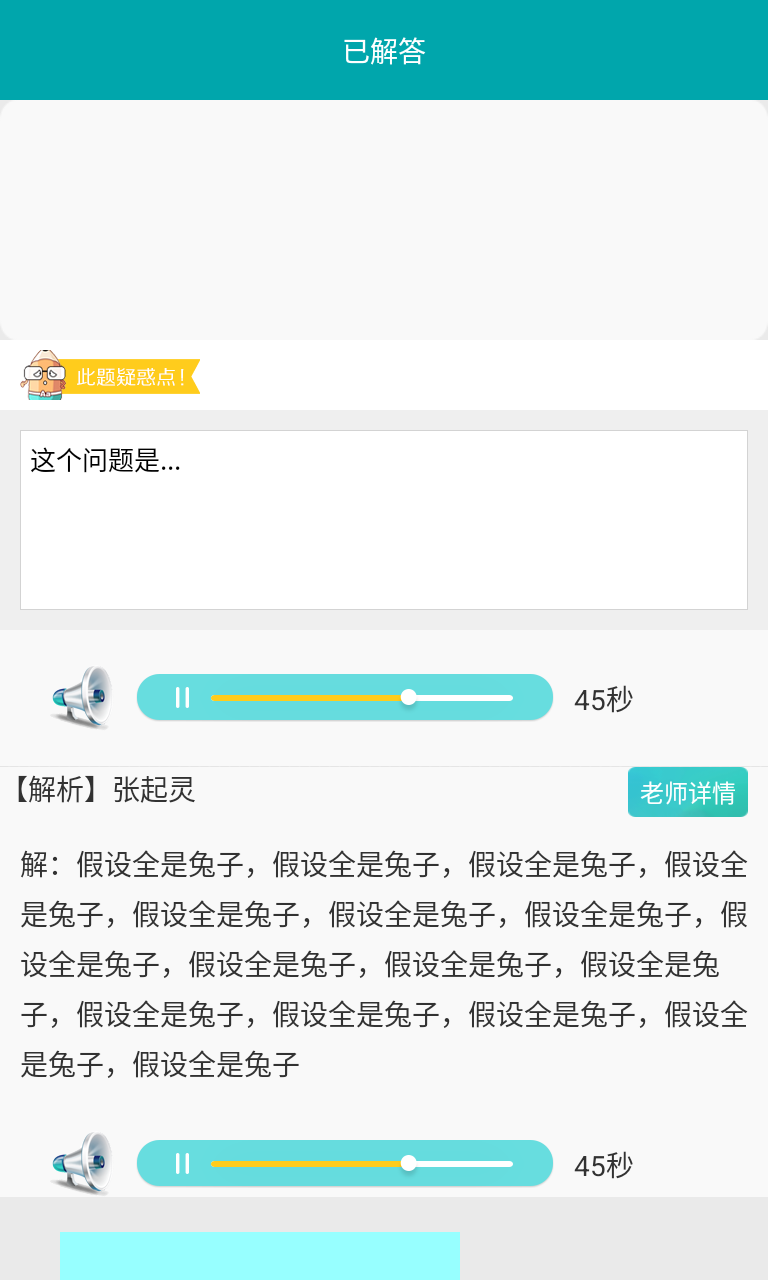
Repository: 2015-Forever/JWD
Layout: Jwd/res/layout/activity_answer.xml
These files come from the project's save history. The layout is drawn as it stood at one moment and after the next save; the edit follows.
It is drawn on a 768 x 1280 px phone screen (xhdpi) without system bars, with theme AppTheme; the app's code is not run. Lists and similar views that code fills are empty.

Above is the layout before, as saved 2015-07-16 06:43:50.

### Jwd/res/layout/activity_answer.xml
<?xml version="1.0" encoding="utf-8"?>
<ScrollView xmlns:android="http://schemas.android.com/apk/res/android"
    android:layout_width="match_parent"
    android:layout_height="match_parent"
    android:scrollbars="none" >

    <LinearLayout
        android:layout_width="match_parent"
        android:layout_height="wrap_content"
        android:background="#EAEAEA"
        android:orientation="vertical" >

        <LinearLayout
            android:layout_width="match_parent"
            android:layout_height="50dp"
            android:background="#00a6ac"
            android:gravity="center" >

            <TextView
                android:layout_width="wrap_content"
                android:layout_height="wrap_content"
                android:text="已解答"
                android:textColor="#ffffff" />
        </LinearLayout>

        <ImageView
            android:layout_width="match_parent"
            android:layout_height="120dp"
            android:background="@drawable/topic_picture" />

        <LinearLayout
            android:layout_width="match_parent"
            android:layout_height="35dp"
            android:background="#FFFFFF"
            android:gravity="center_vertical" >

            <ImageView
                android:layout_width="90dp"
                android:layout_height="25dp"
                android:layout_marginLeft="10dp"
                android:background="@drawable/navigation_icon_two" />
        </LinearLayout>

        <LinearLayout
            android:layout_width="match_parent"
            android:layout_height="110dp"
            android:background="#EFEFEF"
            android:gravity="center_vertical"
            android:padding="10dp" >

            <EditText
                android:layout_width="fill_parent"
                android:layout_height="match_parent"
                android:background="@drawable/edittext_bg"
                android:enabled="true"
                android:gravity="top"
                android:inputType="textMultiLine"
                android:lineSpacingExtra="5dp"
                android:paddingLeft="5dp"
                android:paddingTop="5dp"
                android:scrollbars="vertical"
                android:text="这个问题是..."
                android:textSize="13sp" >
            </EditText>
        </LinearLayout>

        <LinearLayout
            android:layout_width="match_parent"
            android:layout_height="68dp"
            android:background="#F9F9F9"
            android:gravity="center_vertical"
            android:orientation="horizontal" >

            <ImageView
                android:layout_width="wrap_content"
                android:layout_height="wrap_content"
                android:layout_marginLeft="25dp"
                android:layout_marginRight="10dp"
                android:background="@drawable/sound_icon" />

            <ImageView
                android:layout_width="wrap_content"
                android:layout_height="wrap_content"
                android:background="@drawable/sound_icon_one" />

            <TextView
                android:layout_width="wrap_content"
                android:layout_height="wrap_content"
                android:layout_marginLeft="10dp"
                android:text="45秒" />
        </LinearLayout>

        <View
            android:layout_width="match_parent"
            android:layout_height="wrap_content"
            android:background="@drawable/lin_one" />

        <RelativeLayout
            android:layout_width="match_parent"
            android:layout_height="wrap_content"
            android:background="#F9F9F9">

            <TextView
                android:id="@+id/teachername_tv"
                android:layout_width="wrap_content"
                android:layout_height="wrap_content"
                android:text="【解析】张起灵" />

            <Button
                android:layout_width="60dp"
                android:layout_height="25dp"
                android:layout_alignParentRight="true"
                android:layout_marginRight="10dp"
                android:background="@drawable/teacher_details_button"
                android:text="老师详情"
                android:textColor="#fff"
                android:textSize="12sp" />

            <TextView
                android:id="@+id/answer_tv"
                android:layout_width="match_parent"
                android:layout_height="wrap_content"
                android:layout_below="@id/teachername_tv"
                android:layout_marginLeft="10dp"
                android:layout_marginTop="17dp"
                android:lineSpacingExtra="5dp"
                android:singleLine="false"
                android:text="解：假设全是兔子，假设全是兔子，假设全是兔子，假设全是兔子，假设全是兔子，假设全是兔子，假设全是兔子，假设全是兔子，假设全是兔子，假设全是兔子，假设全是兔子，假设全是兔子，假设全是兔子，假设全是兔子，假设全是兔子，假设全是兔子" />

            <LinearLayout
                android:layout_below="@id/answer_tv"
                android:layout_width="match_parent"
                android:layout_height="wrap_content"
                android:background="#F9F9F9"
                android:layout_marginTop="24dp"
                android:gravity="center_vertical"
                android:orientation="horizontal" >

                <ImageView
                    android:layout_width="wrap_content"
                    android:layout_height="wrap_content"
                    android:layout_marginLeft="25dp"
                    android:layout_marginRight="10dp"
                    android:background="@drawable/sound_icon" />

                <ImageView
                    android:layout_width="wrap_content"
                    android:layout_height="wrap_content"
                    android:background="@drawable/sound_icon_one" />

                <TextView
                    android:layout_width="wrap_content"
                    android:layout_height="wrap_content"
                    android:layout_marginLeft="10dp"
                    android:text="45秒" />
            </LinearLayout>
        </RelativeLayout>

        <LinearLayout
            android:layout_width="match_parent"
            android:layout_height="60dp"
            android:gravity="center_vertical"
            android:orientation="vertical" >

            <ImageView
                android:layout_width="200dp"
                android:layout_height="25dp"
                android:layout_marginLeft="30dp"
                android:background="#97FFFF" />
        </LinearLayout>

        <ImageView
            android:layout_width="match_parent"
            android:layout_height="120dp"
            android:background="#90d7ec" />

        <ImageView
            android:layout_width="match_parent"
            android:layout_height="220dp"
            android:background="#667B99" />

        <LinearLayout
            android:layout_width="match_parent"
            android:layout_height="40dp"
            android:background="#fff"
            android:gravity="center_vertical"
            android:paddingLeft="20dp" >

            <TextView
                android:layout_width="wrap_content"
                android:layout_height="wrap_content"
                android:text="相关解答" />
        </LinearLayout>

        <View
            android:layout_width="match_parent"
            android:layout_height="0.5dp"
            android:background="#C4C4C4" />

        <ListView
            android:layout_width="match_parent"
            android:layout_height="200dp" >
        </ListView>

        <LinearLayout
            android:layout_width="match_parent"
            android:layout_height="40dp"
            android:background="#fff"
            android:gravity="center_vertical"
            android:paddingLeft="20dp" >

            <TextView
                android:layout_width="wrap_content"
                android:layout_height="wrap_content"
                android:text="评论" />
        </LinearLayout>
    </LinearLayout>

</ScrollView>

### Jwd/res/drawable/edittext_bg.xml
<?xml version="1.0" encoding="utf-8"?>
<selector xmlns:android="http://schemas.android.com/apk/res/android" >

    <item >
        <shape >
            <solid android:color="#FFFFFF"/>
            <stroke android:width="0.5dip" android:color="#D3D3D3"/>
        </shape>
    </item>

</selector>

Loaded but not shown: Jwd/res/values/styles.xml (common file); Jwd/res/values-v11/styles.xml (common file); Jwd/res/values-v14/styles.xml (common file)

After the next save:
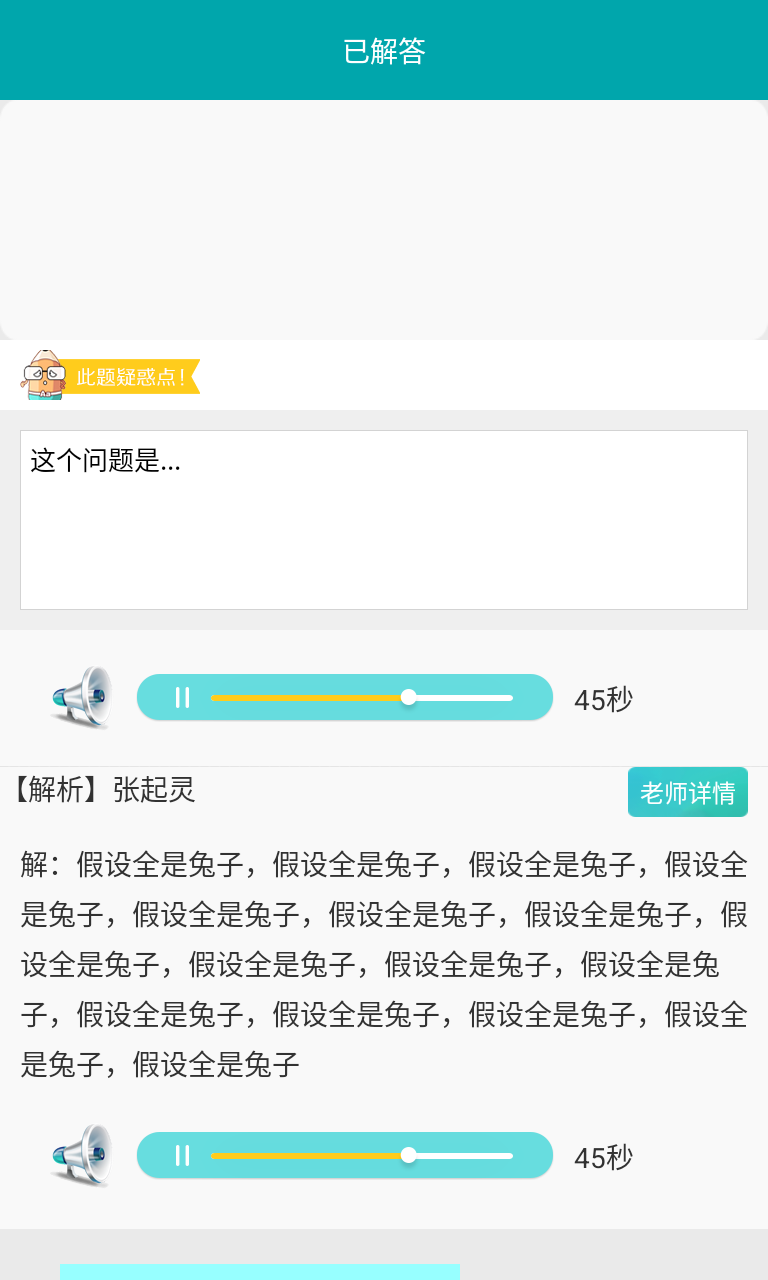
Saved 94 s later.
--- a/Jwd/res/layout/activity_answer.xml
+++ b/Jwd/res/layout/activity_answer.xml
@@ -132,7 +132,8 @@
                 android:layout_width="match_parent"
                 android:layout_height="wrap_content"
                 android:background="#F9F9F9"
-                android:layout_marginTop="24dp"
+                android:paddingTop="20dp"
+                android:paddingBottom="20dp"
                 android:gravity="center_vertical"
                 android:orientation="horizontal" >
 
